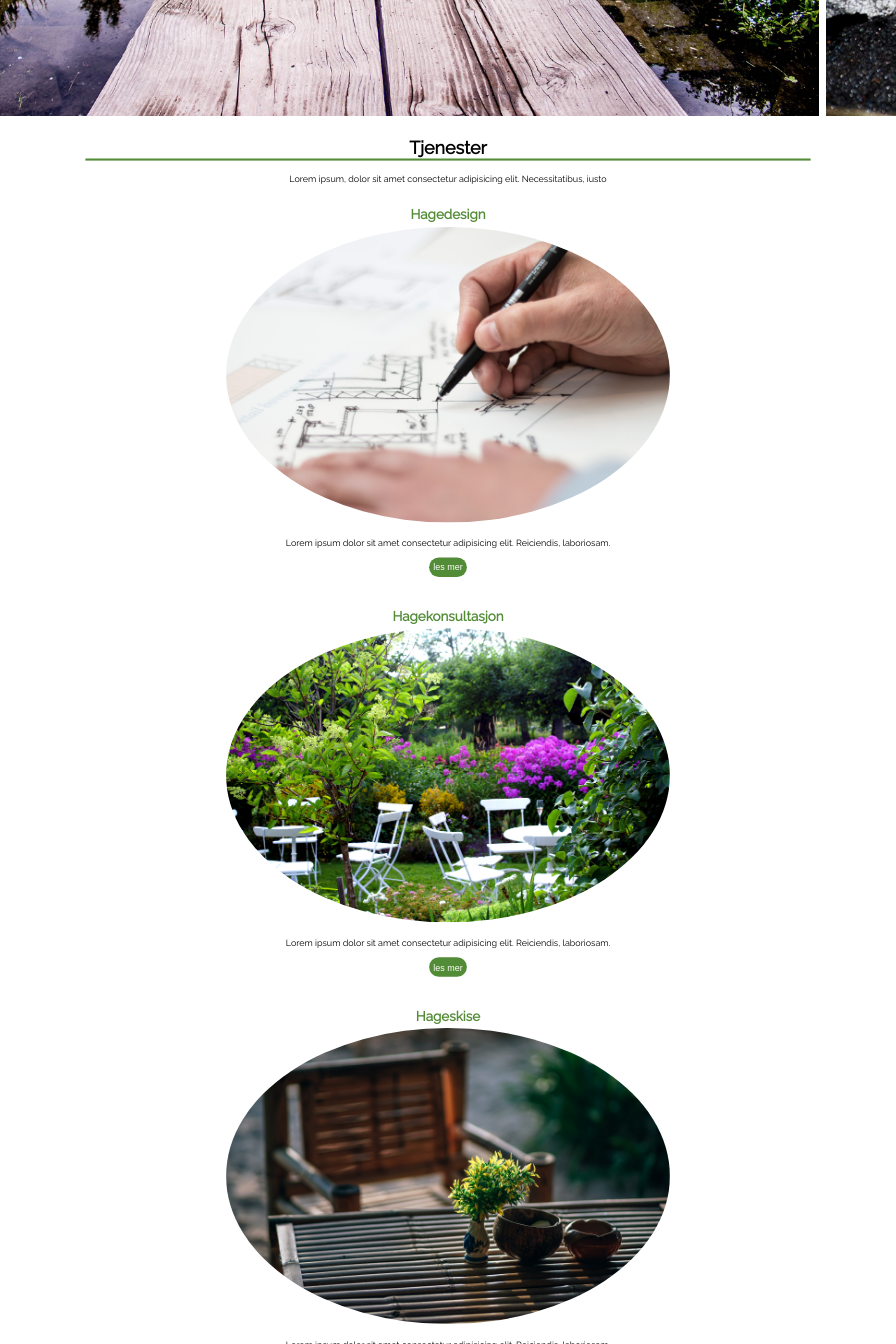
Repository: marinazzz/garden-design-website
Page: Garden design website/index.html
An editor plug-in stored every save of this project. The page is shown before and after the next save, followed by the edit.
The browser window is 1280 px wide. The pictures show the part of the page from y = 819 to 2739 px (the page is 2923 px tall before and 2889 px after), at 70% of full size.

Above is the page before, as saved 2020-03-31 12:09:57.

### Garden design website/index.html
<!DOCTYPE html>
<html lang="nb">
<head>
    <title>Hagedesign Oslo</title>
    <link rel="stylesheet" type="text/css" href="CSS/fontawesome-free-5.12.1-web/css/all.min.css">
    <link rel="stylesheet" type="text/css" href="CSS/style.css"/>
    <link rel="stylesheet" type="text/css" href="CSS/min-width-768px.css">
    <link rel="stylesheet" type="text/css" href="CSS/min-width-992px.css">
    <link rel="stylesheet" href="https://cdnjs.cloudflare.com/ajax/libs/animate.css/3.7.2/animate.min.css">
    <link rel="stylesheet" type="text/css" href="PLUGINS/glide-master/dist/css/glide.core.min.css" />
    <link rel="stylesheet" type="text/css" href="PLUGINS/glide-master/dist/css/glide.theme.min.css" />
    <link href="https://fonts.googleapis.com/css?family=Raleway&display=swap" rel="stylesheet">
    <meta name="viewport" content="width=device-width, initial-scale=1" charset="UTF-8">
</head>
<body>
    <header class="header--white-green">
        <div class="wrapper">
        <div class="container__menu--small container__menu"> <!--grid container-->
            <div class="container__logo"> <!--1.column-->
                <img class="logo"src="images/prohage black.png" alt="Prohage logo">
            </div>
            <div class="container__items--small container__items"> <!--2.column-->
                <div class="container__item"> <!--1.row-->
                     <a href="mailto:info@prohage.no"
                         class ="container__item-txt"><i class="far fa-envelope"></i>info@prohage.no</a>
                     <a href="tlf:45511111"
                         class="container__item-txt"><i class="fas fa-phone"></i>45511111</a>
                </div>
               <div class="container__item-bottom"> <!--2.row-->
                   <button class="menu__toggle">
                       <i class="fas fa-bars"></i>
                   </button>
                   <nav id="menu">
                        <ul class="menu__list">
                            <li class="menu__item">
                                <a class="menu__link" href="home">Home</a>
                            </li>
                            <li class="menu__item">
                                <a class="menu__link" href="#services">Våre tjenester</a>
                            </li>
                            <li class="menu__item">
                                <a class="menu__link" href="#gallery">Galleri</a>
                            </li>
                            <li class="menu__item">
                                <a class="menu__link" href="#about">Om oss</a>
                            </li>
                            <li class="menu__item">
                                <a class="menu__link" href="#blog">Blogg</a>
                            </li>
                            <li class="menu__item">
                                <a class="menu__link" href="kontakt">Kontakt</a>
                            </li>
                       </ul>
                   </nav>
               </div>
            </div>
            </div>
        </div>
        <section id="main-photo">
            <div class="glide">
                <div class="glide__track"
                     data-glide-el="track">
                    <ul class="glide__slides">
                        <li class="glide__slide">
                            <img class="main-photo__item"
                                 srcset="images/daylight-environment-garden-2000.jpg 2000w,
                                         images/daylight-environment-garden-1000.jpg 1000w"
                                 sizes="(min-width: 1440px) 2000px, 100vw"
                                 src="images/daylight-environment-garden-2000.jpg" alt="Garden and plants" />
                                 <h1 class="main-photo__title">Profesjonell hagehjelp</h1>
                        </li>
                        <li class="glide__slide">
                            <img class="main-photo__item"
                                 srcset="images/main-header-photo-2000.jpg 2000w,
                                          images/main-header-photo-1000.jpg 1000w"
                                 sizes="(min-width: 1440px) 2000px, 100vw"
                                 src="images/main-header-photo-2000.jpg" alt="Garden and plants" />
                                 <h1 class="main-photo__title">Ta kontakt allerede idag</h1>
                                </li>
                        <li class="glide__slide">
                            <img class="main-photo__item"
                                 srcset="images/header-photo-2000.jpg 2000w,
                                         images/header-photo-1000.jpg 1000w"
                                 sizes="(min-width: 1440px) 2000px, 100vw"
                                 src="images/header-photo-2000.jpg" alt="Garden designed by proffesional" />
                                 <h1 class="main-photo__title">Rådgiving og tipser</h1>
                        </li>
                        <li class="glide__slide">
                            <img class="main-photo__item"
                                 srcset="images/bloom-blooming-blur-2000.jpg 2000w,
                                         images/bloom-blooming-blur-1000.jpg 1000w"
                                 sizes="(min-width: 1440px) 2000px, 100vw"
                                 src="images/bloom-blooming-blur-2000.jpg" alt="Garden designed by proffesional" />
                                 <h1 class="main-photo__title">Følg vår hageblogg</h1>
                        </li>
                    </ul>
                </div>
                <!--<div class="glide__arrows"
                         data-glide-el="controls">
                        <button class="glide__arrow glide__arrow--left"
                                data-glide-dir="<">
                            <i class="fas fa-chevron-circle-left"></i>
                        </button>
                        <button class="glide__arrow glide__arrow--right"
                                data-glide-dir=">">
                            <i class="fas fa-chevron-circle-right"></i>
                        </button>
                    </div>-->
            </div>

            <!--<img class="main-photo__item1"
                 srcset="images/architecture-clouds-daylight-2000.jpg 2000w,
                         images/architecture-clouds-daylight-1000.jpg 1000w"
                 sizes="(min-width: 1440px) 2000px, 100vw"
                 src="images/architecture-clouds-daylight-2000.jpg" alt="Garden">
            <img class="main-photo__item2"
                 srcset="images/header-photo-2000.jpg 2000w,
                         images/header-photo-1000.jpg 1000w"
                 sizes="(min-width: 1440px) 2000px, 100vw"
                 src="images/header-photo-2000.jpg" alt="Garden designed by proffesional" >
            <img class="main-photo__item3"
                 srcset="images/main-header-photo-2000.jpg 2000w,
                         images/main-header-photo-1000.jpg 1000w"
                 sizes="(min-width: 1440px) 2000px, 100vw"
                 src="images/main-header-photo-2000.jpg" alt="Garden and plants" >
            <h1 class="main-photo__title">Profesjonell hagehjelp</h1>-->
        </section>
     </header>
     <main>
         <section id="services" class="section--white-green">
            <h1 class="services-title">Tjenester</h1>
            <p class="services-txt">Lorem ipsum, dolor sit amet consectetur adipisicing elit. Necessitatibus, iusto</p>
            <section class="services-item">
                <h2 class="services-item-title">Hagedesign</h2>
                <img class="services-photo" src="images/person-holding-black-pen-1109541.jpg" alt="Hagedesigner tegner">
                <p class="services-txt">Lorem ipsum dolor sit amet consectetur adipisicing elit. Reiciendis, laboriosam.</p>
                <button class="services-toggle">les mer</button>
            </section>
            <section class="services-item">
                <h2 class= "services-item-title">Hagekonsultasjon</h2>
                <img class="services-photo" src="images/colorful-garden-1226667-1919x1272.jpg" alt="Hagekonsultasjon med hagedesigner">
                <p class="services-txt">Lorem ipsum dolor sit amet consectetur adipisicing elit. Reiciendis, laboriosam.</p>
                <button class="services-toggle">les mer</button>
            </section>
            <section class="services-item">
                <h2 class="services-item-title">Hageskise</h2>
                <img class="services-photo" src="images/selective-focus-photography-of-green-leafed-plant-on-table-1424464.jpg" alt="Hagedesigner hjelp">
                <p class="services-txt">Lorem ipsum dolor sit amet consectetur adipisicing elit. Reiciendis, laboriosam.</p>
                <button class="services-toggle">les mer</button>
            </section>
         </section>
         <section id="gallery">

        </section>
         <article id="blog-posts">
             <h3>Title of blog</h2>
             <p>Blog post text</p>
         </article>
         <section id="about oss">

        </section>
     </main>
     <footer>
	     <p>designed by Marina Zujic
		     <a href="https://github.com/marinazzz">github.com/marinazzz</a>
	     </p>
     </footer>
     <script src="PLUGINS/glide-master/dist/glide.min.js"></script>
     <script>
        new Glide('.glide', {
            type: 'carousel',
            autoplay: true,
            hoverpause: false,
            perView: 1,
            direction: 'rtl',
            animationDuration: 10000
        }).mount()
      </script>
     <script src="JS/js-app.js"></script>
</body>
</html>

### Garden design website/CSS/style.css
html {
  font-size: 62.5%;
}

body {
  margin: 0;
  padding: 0;
  text-align: center;
  box-sizing: border-box;
  font-family: 'Raleway', sans-serif;
}

       /*__ HEADER__ */

/*color styles*/
.header--white-green {
  --header-bg-color: #528C36;
  --header-link-color: black;
  --header-menu-link: #fff;
  --header-toggle-color: #528C36;
}

/*main style*/
.container__menu--small {
  display: flex;
  justify-content: space-around;
  box-shadow: 0 0 2rem 0 rgba(0, 0, 0, 0.24), 0 0 30rem 0 rgba(0, 0, 0, 0.2);
}

.logo {
  max-height: 8rem;
  background: white;
}

.container__items--small {
  display: grid;
  grid-template-rows: 1fr 1fr;
  align-content: flex-end;
  width: 250px;
}

.container__item {
  align-self: center;
}

.container__item,
.container__item-bottom {
  text-align: end;
}

.container__item-txt {
  color: var(--header-link-color);
  text-decoration: none;
  font-size: 1.2rem;
}

.container__item > a:first-of-type {
  padding-right: 1.6rem;
}

.container__item-bottom > nav {
  text-align: center;
}

.menu__toggle {
  color: var(--header-bg-color);
  box-sizing: border-box;
  border: none;
  background-color: transparent;
  outline: none;
  font-size: 3rem;
  line-height: 0;
  padding: 0.5rem;
  color: var(--header-toggle-color);
  position: relative;
  z-index: 100;
}

.fa-phone,
.fa-envelope {
  margin-right: 1rem;
}


/* MENU */

#menu {
  display: none;
  position: absolute;
  top: auto;
  left: 0;
  width: 100%;
  padding-top: 1rem;
  background-color: var(--header-bg-color);
  z-index: 20;
}

.menu__list {
  padding: 0;
  margin: 0;
  display: flex;
  flex-direction: column;
}

.menu__item {
  display: block;
  margin-bottom: 1rem;
}

.menu__link {
  color: var(--header-menu-link);
  text-decoration: none;
  font-size: 1.4rem;
}

#menu.menu-opened {
  display: block;
}


/*FOR SMALL DEVICES*/

@media screen and (max-width: 420px) {

  .logo {
    max-height: 7rem;
  }

  .container__items--small {
    width: auto;
    align-self: center;
  }

  .container__item > a:first-of-type {
    padding-right: 1.3rem;
  }

  .container__item {
    text-align: center;
  }

  .fa-phone, .fa-envelope {
    margin-right: 0.3rem;
  }
}

/* MAIN PICTURE */

#main-photo {
  width: 100%;
  padding-top: 1rem;
}

.main-photo__title {
  position: absolute;
  color: white;
  background-color:#524a4a3b;
  border: 0.1rem solid white;
  filter: drop-shadow(2px 4px 6px black);
  padding: 2rem;
  margin: 0 auto;
  font-size: 1.5rem;
  letter-spacing: 0.2rem;
  top: 50%;
  left: 50%;
  transform: translate(-50%, -50%);
}



/* GLIDE SLIDER CSS OVERRIDES */

.glide__slides {
  margin: 0;
}

.glide__slide {
  position: relative;
}

/*#main-photo .glide__arrow  {
  font-size: 4rem;
  padding: 0;
  border-color: transparent;
  box-shadow: none;
  border-radius: 50%;
  line-height: 0;
  transition: all 200ms ease-in-out;
}

#main-photo .glide__arrow:hover {
  border-color: #252525;
  color: #252525;
}*/



/*#main-photo {
  position: relative;
}

.main-photo__item {
   width: 100%;
}

.main-photo__title {
  position: absolute;
  bottom: 1rem;
  left: 20rem;
  font-size: 2rem;
}*/



/*1. COLOR OPTION*/
/* CSS variables*/
/* :root {
  --header-bg-color: #4daa57;
  --header-top-bg-color: #252525;
  --header-toggle-color: #fff;
}*/

/*.top-header__item {
  color: var(--header-link-color);
  text-decoration: none;
  font-size: 1.4rem;
}*/


/*------MAIN----------*/

/* SECTIONS */

/*Common styles for sections*/

/*color styles*/
.section--white-green {
  --section-border-color: #528C36;
  --section-h2-color: #528C36;
  --buttons-services-color: #528C36;
}

/*layout*/
#services, #gallery, #reviews, #about {
  padding: 0.5rem;
}

.services-title, .gallery-title, .about-title {
  font-size: 2rem;
  margin: 0 9rem;
  padding-top: 1.6rem;
  border-bottom: var(--section-border-color) solid 0.25rem;
}

/* SECTION SERVICES */

.services-txt {
  margin: 0;
  padding-top: 1.5rem;
}
.services-item {
  padding-top: 2rem;
}

.services-item-title {
  margin: 0.5rem 0 0.5rem 0;
}

.services-photo {
  overflow: hidden;
  border-radius: 50%;
  width: 50%;
}

.services-item-title {
  color: var(--section-h2-color);
}

.services-toggle {
  background: var(--buttons-services-color);
  border-radius: 2rem;
  box-sizing: border-box;
  border: none;
  font-size: 1rem;
  padding: 0.5rem;
  margin: 1rem;
  color: #fff;
}

### Garden design website/CSS/min-width-768px.css
@media screen and (min-width: 768px) {

  html {
    font-size: 70%;
  }

   /* HEADER */


   .container__menu,
   .container__items {
    display: grid;
   }

   .container__menu {
    grid-template-columns: 2fr 80%;
    box-shadow: 0 0 2rem 0 rgba(0, 0, 0, 0.62), 0 0 30rem 0 rgba(0, 0, 0, 0.19);
  }

  .container__items {
    grid-template-rows: 1fr 1fr;
    background: var(--header-bg-color);
    width: auto;
  }

  .container__item,
  .container__item-bottom {
    display: flex;
  }

  .container__item {
    align-self: center;
    justify-content: space-around;
    /*padding-left: 23rem;*/
  }

  .container__item > a:first-of-type {
    padding-left: 10rem;
  }

  .container__item-bottom {
    align-items: center;
  }

  .menu__toggle {
    display: none;
  }

  /* NAVIGATION */

  #menu,
  .menu-opened .menu__item .menu__link {
    display: block;
  }

  #menu {
    position: static;
    padding: 0;
    top: 0;
  }

  #menu,
  .menu_list {
    height: 100%;
  }

  .menu__list {
    height: 100%;
    flex-direction: row;
    justify-content: center;
    align-items: center;
    padding-left: 5rem;
  }

  .menu__item {
    height: 100%;
    display: block;
    flex-grow: 1;
    margin: 0;
    line-height: 4.5rem;
  }

  .menu__item:hover {
    background-color:#272727;
  }

  .menu__link:active {
    color:black;
  }

  .menu__link,
  .container__item-txt {
    font-weight: bold;
  }

  /* color styles */

  :root {
    /*header*/
    --header-bg-color:#528C36;
    --link-color: #FCFDF9;
  }

  /* MAIN PHOTO */

  .main-photo__title {
    font-size: 2rem;
    letter-spacing: 0.3rem;
}

}

### Garden design website/CSS/min-width-992px.css
@media screen and (min-width: 992px) {
    html {
        font-size: 80%;
    }

   /* HEADER */

    .logo {
        max-height: 9rem;
    }

    .container__items {
        width: auto;
    }

    .container__item {
        padding-left: 22rem;;
    }

    .container__item-bottom,
    .container__items {
        padding: 0;
    }

    #menu {
        padding-left: 10rem;
    }
}

@media screen and (min-width: 1440px) {

    /* HEADER */
    .container__menu {
        max-width: 1500px;
        margin: 0 auto;
    }

    .container__item {
        padding-left: 47rem;;
    }

    #menu {
        padding-left: 30rem;
    }


    /* MAIN PHOTO */

    .main-photo__title {
        font-size: 3rem;
        letter-spacing: 0.5rem;
    }
}

@media screen and (min-width: 2560px) {

    .logo {
        max-height: 12rem;
    }

    .container__item {
        justify-self: center;
    }

    .container__item > a:first-of-type {
        padding: 0 13rem;
    }

    .container__item-bottom {
        padding: 0 40rem;
    }

    /*content on middle*/

    .container__menu {
        max-width: 2000px;
    }

    .container__item-bottom,
    .container__items {
        padding: 0;
    }

    #menu,
    .container__item {
        padding-left: 50rem;
    }
}

### Garden design website/JS/js-app.js
let mainNav = document.getElementById("menu");

let navBarToggle = document.querySelector(".menu__toggle");

navBarToggle.addEventListener("click", function () {

    mainNav.classList.toggle("menu-opened");
});

Loaded but not shown: Garden design website/CSS/fontawesome-free-5.12.1-web/css/all.min.css (library); Garden design website/PLUGINS/glide-master/dist/css/glide.core.min.css (common file); Garden design website/PLUGINS/glide-master/dist/css/glide.theme.min.css (common file); Garden design website/PLUGINS/glide-master/dist/glide.min.js (library)

After the next save:
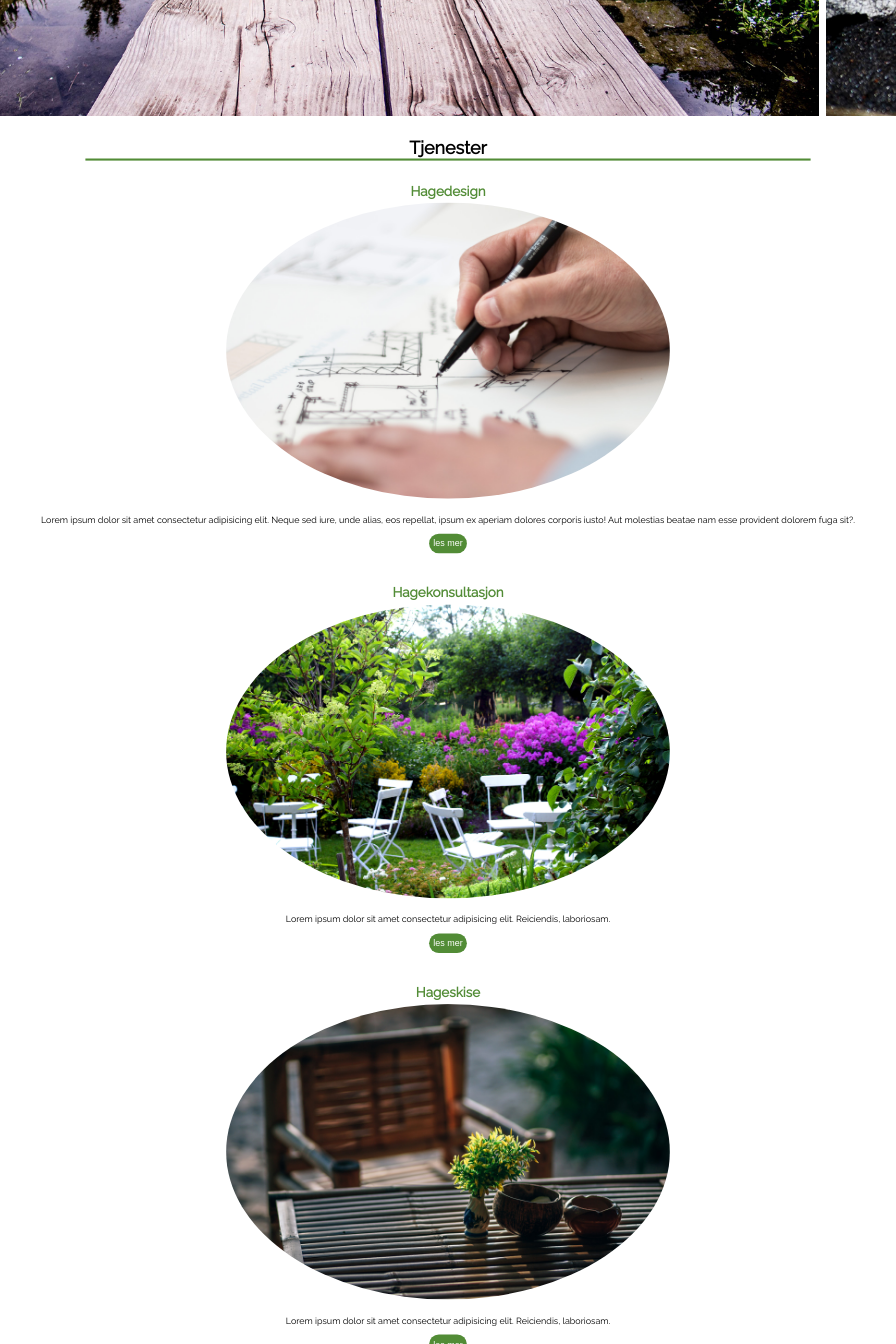
Saved 15 min 22 s later.
--- a/Garden design website/index.html
+++ b/Garden design website/index.html
@@ -129,11 +129,10 @@
      <main>
          <section id="services" class="section--white-green">
             <h1 class="services-title">Tjenester</h1>
-            <p class="services-txt">Lorem ipsum, dolor sit amet consectetur adipisicing elit. Necessitatibus, iusto</p>
             <section class="services-item">
                 <h2 class="services-item-title">Hagedesign</h2>
                 <img class="services-photo" src="images/person-holding-black-pen-1109541.jpg" alt="Hagedesigner tegner">
-                <p class="services-txt">Lorem ipsum dolor sit amet consectetur adipisicing elit. Reiciendis, laboriosam.</p>
+                <p class="services-txt">Lorem ipsum dolor sit amet consectetur adipisicing elit. Neque sed iure, unde alias, eos repellat, ipsum ex aperiam dolores corporis iusto! Aut molestias beatae nam esse provident dolorem fuga sit?.</p>
                 <button class="services-toggle">les mer</button>
             </section>
             <section class="services-item">
